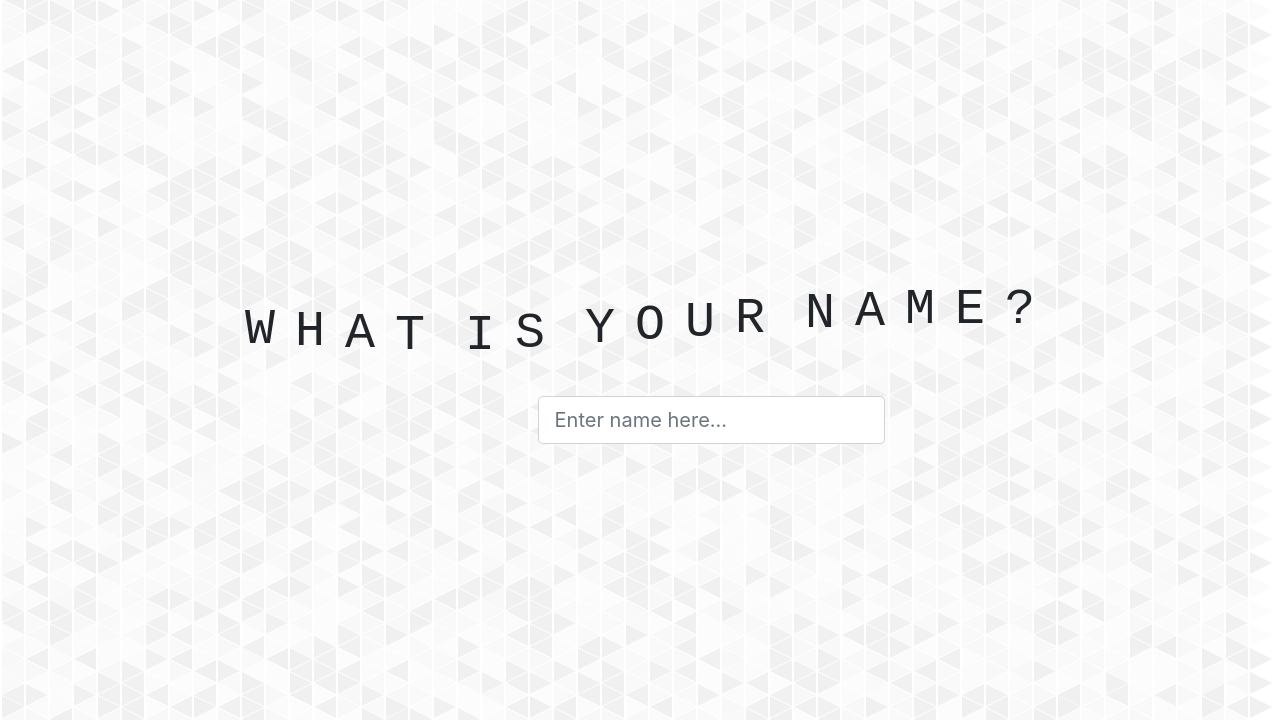
Repository: Aaquib111/Aaquib111.github.io
Page: index.html
An editor plug-in stored every save of this project. The page is shown before and after the next save, followed by the edit.
The browser window is 1280 px wide. The pictures show the whole page.

Above is the page before, as saved 2021-05-12 21:55:21.

After the next save:
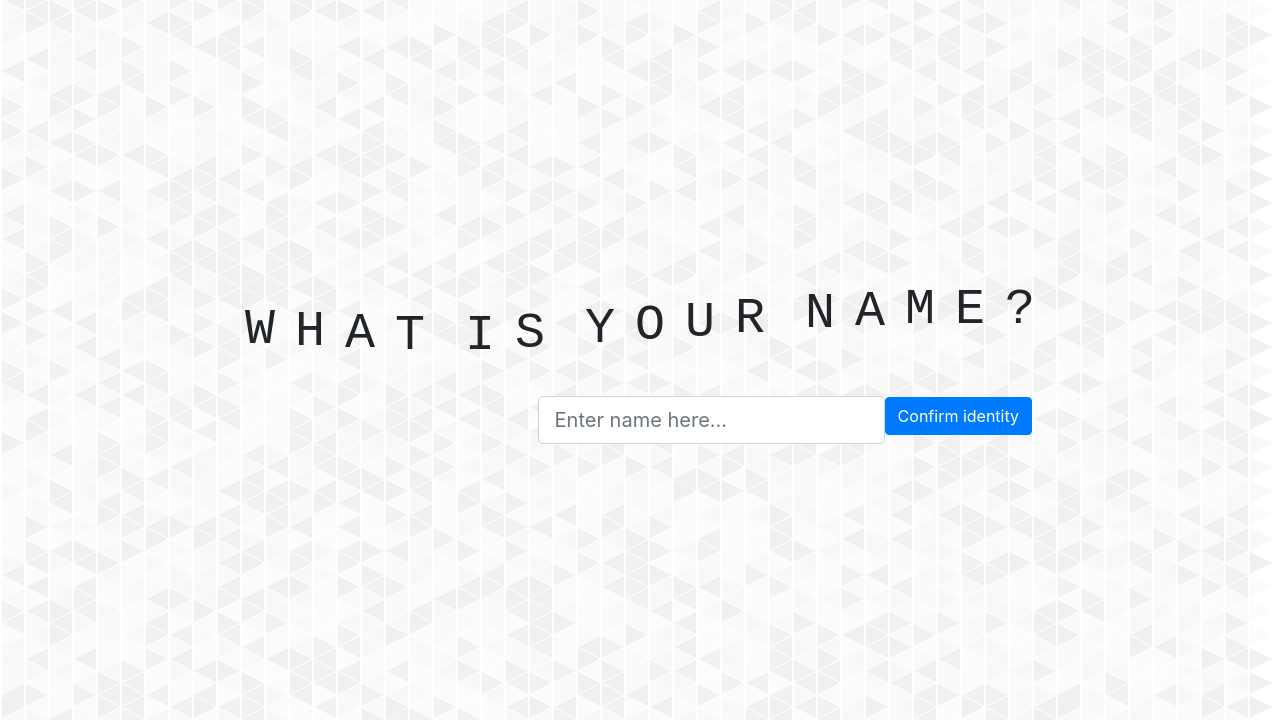
Saved 48 s later.
--- a/index.html
+++ b/index.html
@@ -19,7 +19,10 @@
         <div id="contain">
             <div id="wrap"></div>
             <div id="name">
-                <input class="form-control form-control-lg" type="text" placeholder="Enter name here...">
+                <form class="form-inline">
+                    <input class="form-control form-control-lg" type="text" placeholder="Enter name here...">
+                    <button type="submit" class="btn btn-primary mb-2">Confirm identity</button>
+                </form>
             </div>
         </div>
        <script src="js\background.js"></script>
